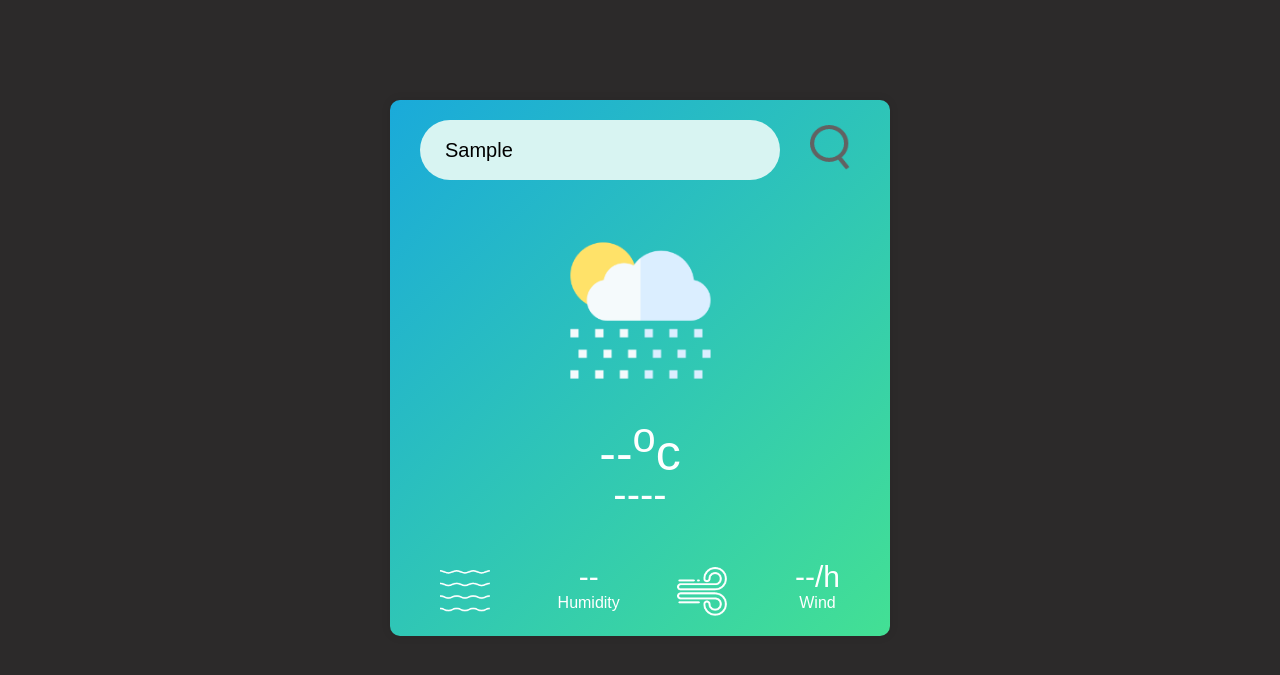
Repository: Haakim19/weatherApp
Page: index.html
An editor plug-in stored every save of this project. The page is shown before and after the next save, followed by the edit.
The browser window is 1280 px wide. The pictures show the whole page.
Empty fields were first filled with sample values (such as "Sample", 5 or name@example.com).
After loading, the first visible `button` was clicked once.
The page's requests for data from a server got no answer.

Above is the page before, as saved 2024-11-17 21:15:43.

### index.html
<!DOCTYPE html>
<html lang="en">
<head>
    <meta charset="UTF-8">
    <meta name="viewport" content="width=device-width, initial-scale=1.0">
    <title>Weather App</title>
    <link rel="stylesheet" href="style.css">
</head>
<body>
    <div class="card">
        <div class="search">
            <input type="text" placeholder="Enter a City" spellcheck="false">
            <button><img src="images/search.png"></button>
        </div>
        <div class="weather">
            <img src="images/rain.png" class="weather-icon">
            <h1 class="temp">--<sup>o</sup>c</h1>
            <h2 class="city">----</h2>
        </div>
        <div class="details">
            <div class="col">
                <img src="images/humidity.png">
            </div>
            <div>
                <p class="humidity">--</p>
                <p>Humidity</p>
            </div>

            <div class="col">
                <img src="images/wind.png">
            </div>
            <div>
                <p class="wind">--/h</p>
                <p>Wind</p>
            </div>
        </div>
    </div>
    <script src="app.js"></script>
</body>
</html>

### style.css
*{
    margin: 0;
    padding: 0;
    box-sizing: border-box;
    font-family: 'Poppins', sans-serif;
}

body{
    background: #2c2a2a;
}
.card{
    width: 90%;
    max-width: 500px;
    color: #fff;
    background:linear-gradient(135deg, #1aaada 0%, #43e094 100%);
    margin: 100px auto 0 ;
    border-radius: 10px;
    padding: 20px 30px;
    text-align: center;
    box-shadow: 0 0 10px rgba(0,0,0,0.1);
}
.search{
    width: 100%;
    display: flex;
    justify-content: space-between;
    align-items: center;
}
.search input{
    border:0;
    outline:0;
    background: #d8f4f2;
    padding: 10px 25px;
    border-radius: 40px;
    flex: 1;
    margin-right: 20px;
    font-size: 20px;
    height: 60px;
}
.search button{
    border:0;
    outline:0;
    background:none;
    /* padding: 10px 20px; */
    border-radius: 50%;
    font-size: 20px;
    cursor: pointer;
    height: 60px;
    width: 60px;
}
.search button img{
    width: 40px;
    height: 45px;

}
.weather-icon{
    width:200px;
    margin-top: 30px;
}
.weather h1{
    font-size: 50px;
    font-weight: 500;
}
.weather h2{
    font-size: 40px;
    font-weight: 500;
    margin-top: -10px;
}
.details {
    display: flex;
    align-items: center;
    justify-content: space-between;
    padding: 0 20px;
    margin-top: 50px;
}
.col{
    display: flex;
    align-items: center;
    text-align: left;
}

.col img {
    width: 50px;
    margin-right: 10px;
}
.humidity,.wind{
    font-size: 30px;
    margin-top: -10px;
}

### app.js
const apiKey = "8813d72c5c5f0697297beeef20a69199";
const apiUrl = "https://api.openweathermap.org/data/2.5/weather?units=metric&q=";

const searchBox = document.querySelector(".search input");
const searchBtn = document.querySelector(".search button");

async function getWeatherData(city) {
    const response = await fetch(apiUrl + city +`&appid=${apiKey}`);
    var data = await response.json();
    console.log(data);
    document.querySelector(".city").innerText = data.name;
    document.querySelector(".temp").innerText = Math.round(data.main.temp) + "°C";
    document.querySelector(".humidity").innerText = data.main.humidity + "%";
    document.querySelector(".wind").innerText = data.wind.speed + " km/h";
}

searchBtn.addEventListener("click", ()=>{
    getWeatherData(searchBox.value);
})

After the next save:
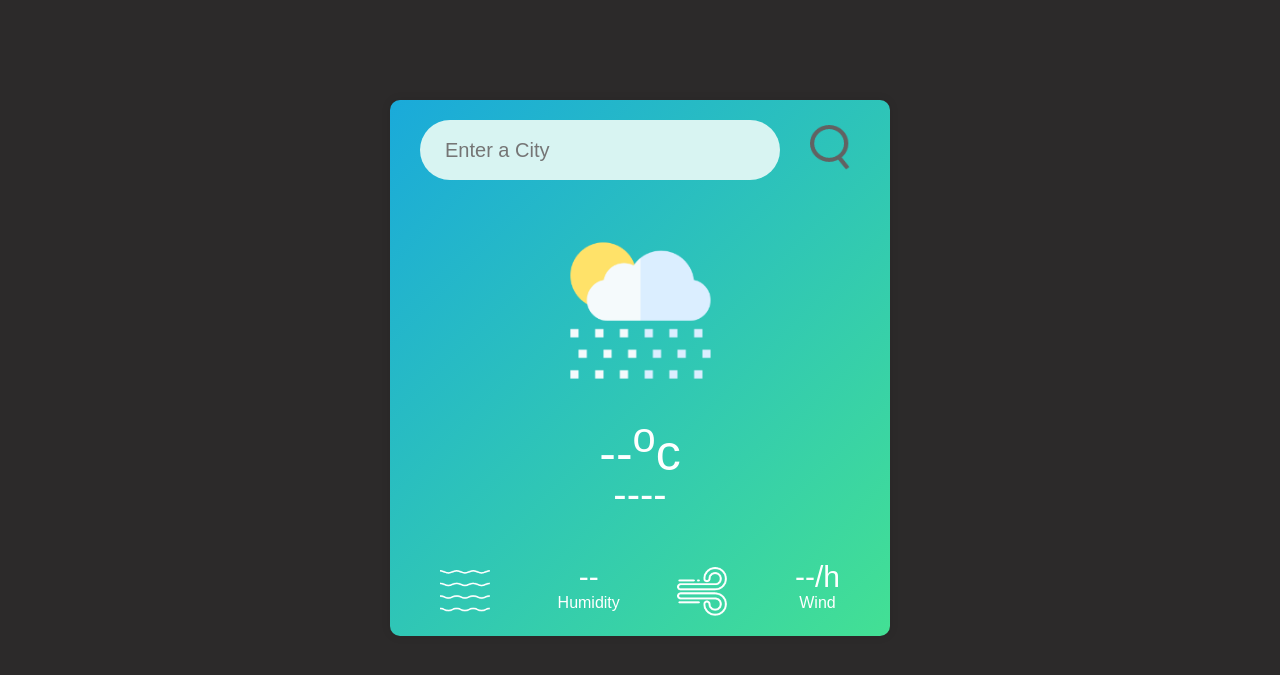
Saved 45 s later.
--- a/app.js
+++ b/app.js
@@ -16,4 +16,5 @@ async function getWeatherData(city) {
 
 searchBtn.addEventListener("click", ()=>{
     getWeatherData(searchBox.value);
+    searchBox.value = "";
 })
